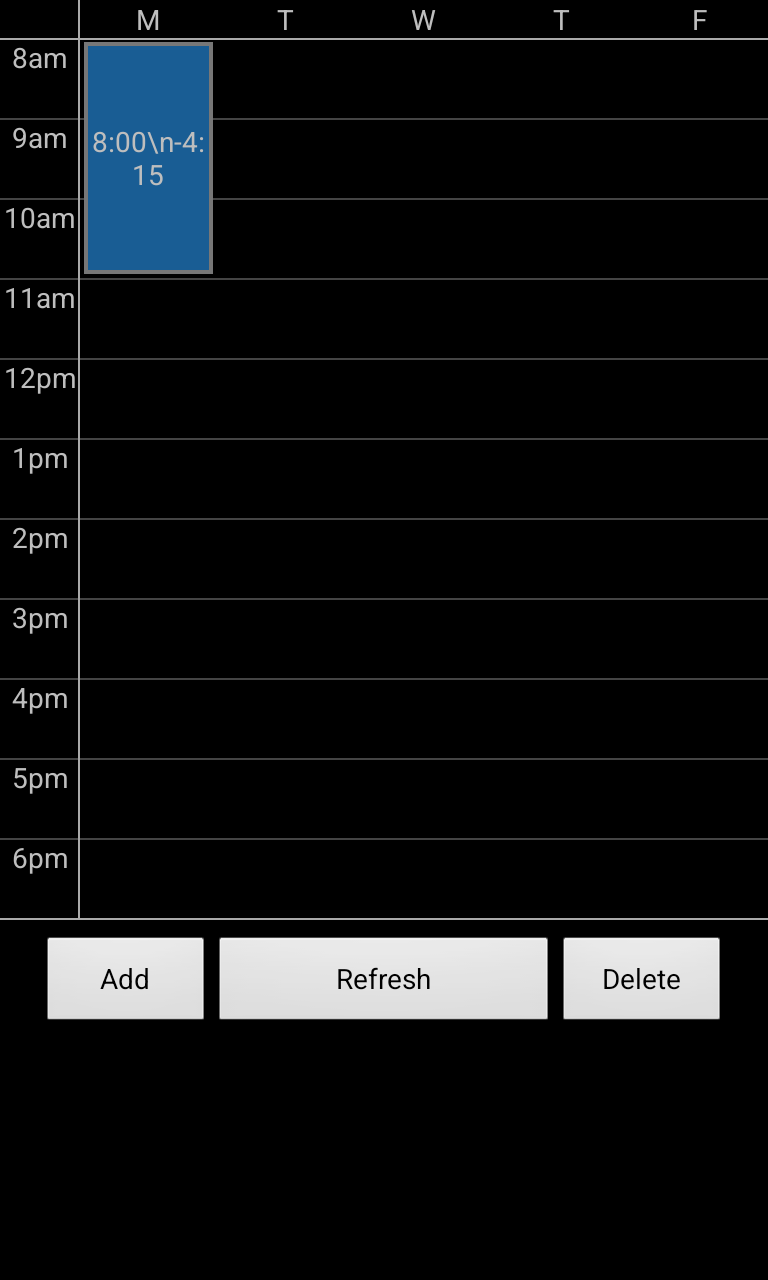
Repository: appsfactory/OfficeHours
Layout: OfficeHoursClient/res/layout/activity_schedule_view.xml
An editor plug-in stored every save of this project. The layout is shown before and after the next save, followed by the edit.
It is drawn on a 768 x 1280 px phone screen (xhdpi) without system bars, with theme AppTheme; the app's code is not run.

Above is the layout before, as saved 2012-09-27 18:04:53.

After the next save:
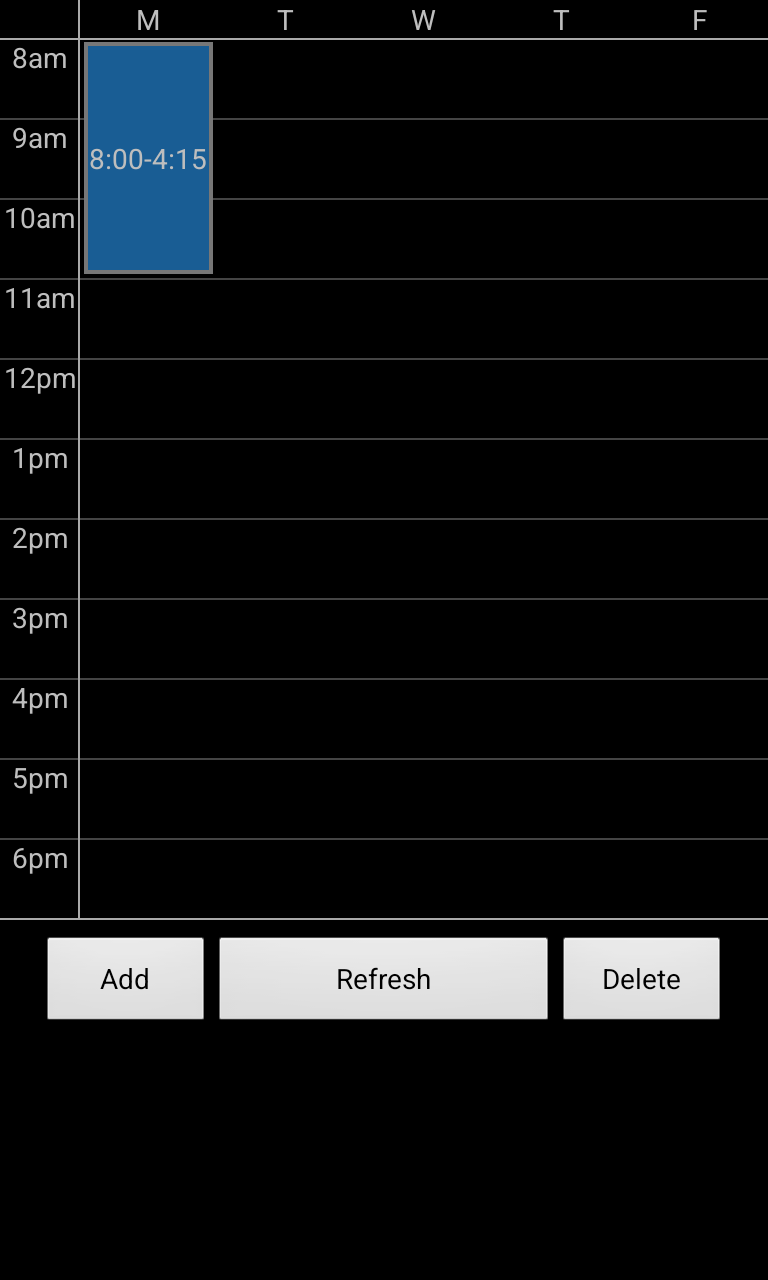
Saved 6 s later.
--- a/OfficeHoursClient/res/layout/activity_schedule_view.xml
+++ b/OfficeHoursClient/res/layout/activity_schedule_view.xml
@@ -245,7 +245,7 @@
 							    android:layout_margin="4dp"
 							    android:background="#195D94"
 							    android:gravity="center"
-							    android:text='8:00\n-4:15' />
+							    android:text='8:00-4:15' />
 
 							<!-- <TextView
         android:id="@+id/login_subtitle"
